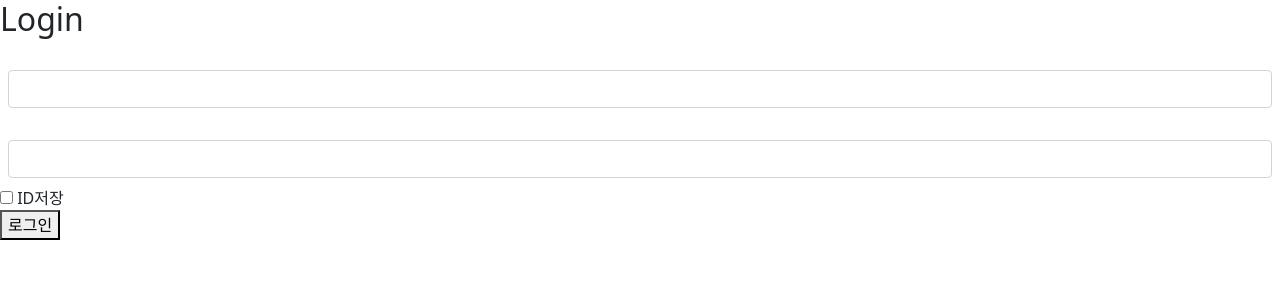
Repository: GotChun/DH_JSP
Page: http://localhost/01_JSP/C07/03/loginProc.jsp
The author's editor kept a copy of each file at every save. The page is drawn from the files as they stood at one save, then again after the next save.
The browser window is 1280 px wide. The pictures show the whole page.
The page is served by Tomcat 9. Other server files are loaded and not shown.

Above is the page before, as saved 2024-10-23 05:24:39.

### 01_JSP/src/main/webapp/C07/03/loginProc.jsp
<%@ page language="java" contentType="text/html; charset=UTF-8"
    pageEncoding="UTF-8"%>
<!DOCTYPE html>
<html>
<head>
<meta charset="UTF-8">
<title>Insert title here</title>

<link href="https://cdn.jsdelivr.net/npm/bootstrap@5.0.2/dist/css/bootstrap.min.css" rel="stylesheet" integrity="sha384-EVSTQN3/azprG1Anm3QDgpJLIm9Nao0Yz1ztcQTwFspd3yD65VohhpuuCOmLASjC" crossorigin="anonymous">
<script src="https://cdn.jsdelivr.net/npm/bootstrap@5.0.2/dist/js/bootstrap.bundle.min.js" integrity="sha384-MrcW6ZMFYlzcLA8Nl+NtUVF0sA7MsXsP1UyJoMp4YLEuNSfAP+JcXn/tWtIaxVXM" crossorigin="anonymous"></script>

</head>
<body>

	<div class="wrapper">
		<header></header>
		<main>
			<form>
			<div>
				<h2>Login</h2>
			</div>
			<div class="m-2">
				<label for=""></label>
				<input type="text" class="form-control"/>
			</div>
				<div class="m-2">
				<label for=""></label>
				<input type="text" class="form-control"/>
			</div>

			<div>
					<input type="checkbox" class="form-check-label"/>
					<label for="" class="form-check-label">ID저장</label>
			</div>

			<div>
			<button>로그인</button>
			</div>
			</form>

		</main>
		<footer></footer>
	</div>





</body>
</html>

After the next save:
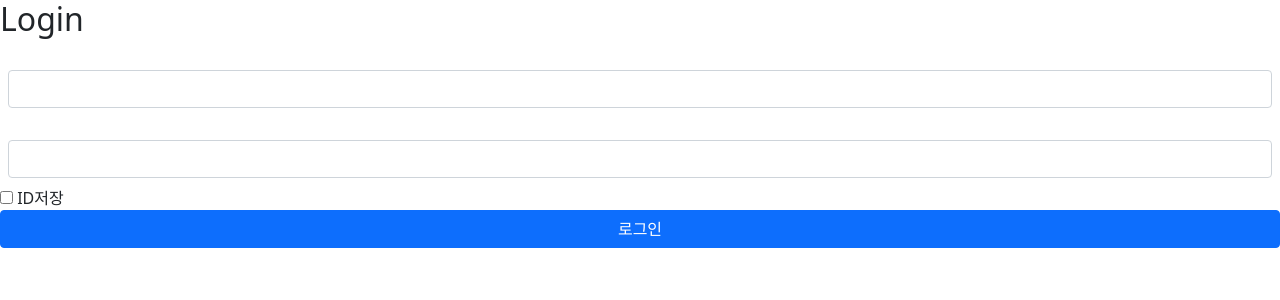
Saved 18 s later.
--- a/01_JSP/src/main/webapp/C07/03/loginProc.jsp
+++ b/01_JSP/src/main/webapp/C07/03/loginProc.jsp
@@ -34,7 +34,7 @@
 			</div>
 
 			<div>
-			<button>로그인</button>
+			<button class="btn btn-primary w-100">로그인</button>
 			</div>
 			</form>
 
